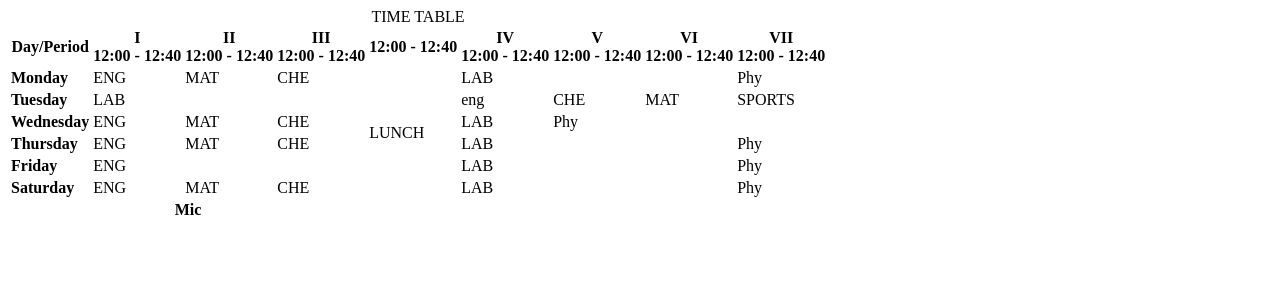
Repository: MicTomm/corso-frontend
Page: HTML/tabella/index.html
The author's editor kept a copy of each file at every save. The page is drawn from the files as they stood at one save, then again after the next save.
The browser window is 1280 px wide. The pictures show the whole page.

Above is the page before, as saved 2023-11-07 16:43:42.

After the next save:
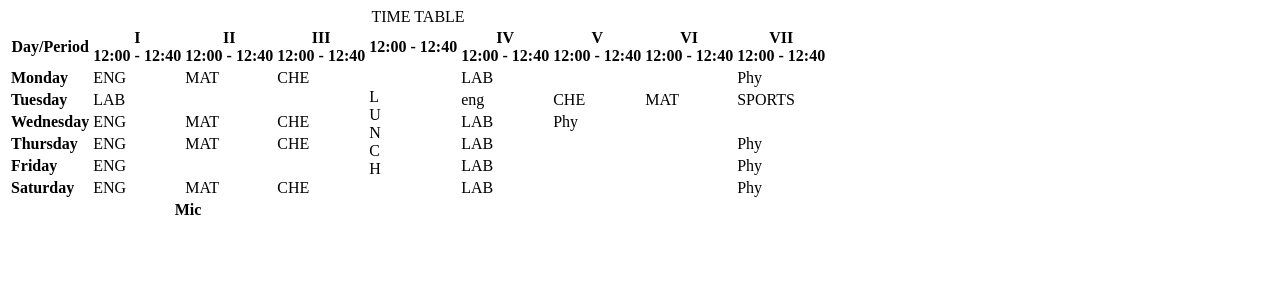
Saved 5 min 9 s later.
--- a/HTML/tabella/index.html
+++ b/HTML/tabella/index.html
@@ -30,7 +30,7 @@
         <td>ENG</td>
         <td>MAT</td>
         <td>CHE</td>
-        <td rowspan="6">LUNCH</td>
+        <td rowspan="6">L<br/>U<br/>N<br/>C<br/>H</td>
         <td colspan="3">LAB</td>
         <td>Phy</td>
       </tr>
